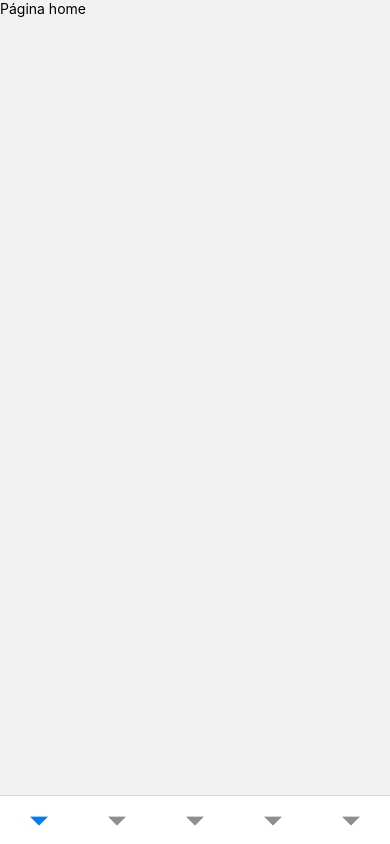
Repository: Deyvid-Kasteh/Tiktok-clone-v1
Screen: /
The author's editor kept a copy of each file at every save. The screen is drawn from the files as they stood at one save, then again after a run of saves.
The app was drawn by React Native's web renderer in a window 390 px wide. The project was rebuilt for these pictures with package versions that can differ from the ones it lists, and the page was loaded fresh each time. Also part of the build but not shown: src/pages/search/index.js, src/pages/inbox/index.js, src/pages/profile/index.js, src/pages/new/index.js.

Above is the screen before, as saved 2023-07-12 01:40:57.

After the next 2 saves:
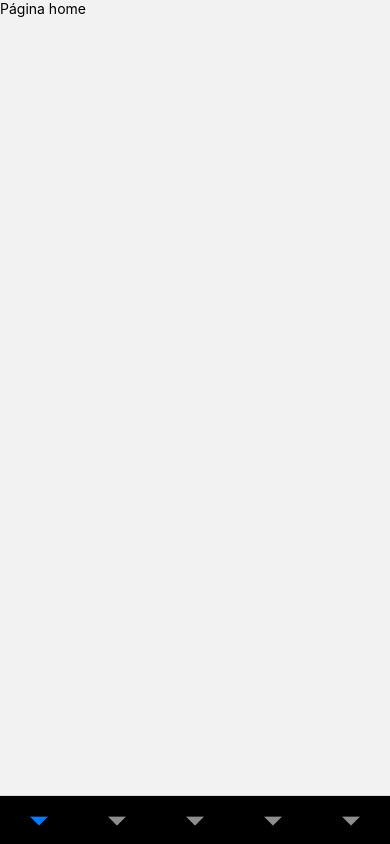
The 2 saves are shown as one change because they came seconds apart.
The last was saved 7 s later.
--- a/src/routes/index.js
+++ b/src/routes/index.js
@@ -15,7 +15,7 @@
             headerShown: false,
             tabBarShowLabel: false,
             tabBarStyle: {
-                backgroundColor: ''
+                backgroundColor: '#000'
             }
       }}>
         <Tab.Screen name="Home" component={Home} />

After the 4 saves that followed:
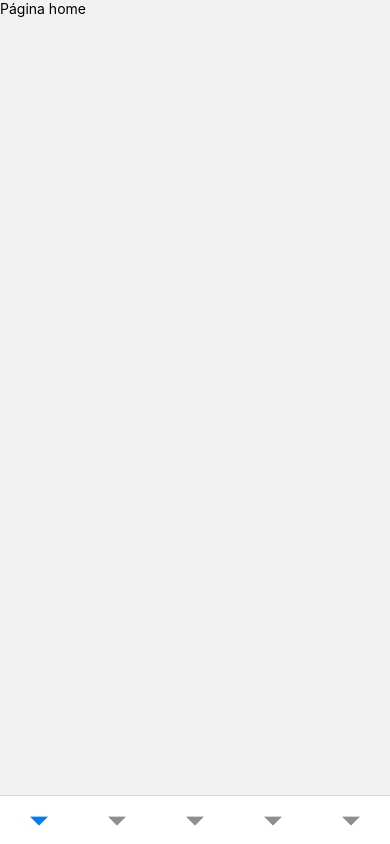
The 4 saves are shown as one change because they came seconds apart.
The last was saved 17 s later.
--- a/src/routes/index.js
+++ b/src/routes/index.js
@@ -15,7 +15,8 @@
             headerShown: false,
             tabBarShowLabel: false,
             tabBarStyle: {
-                backgroundColor: '#000'
+                backgroundColor: 'rgba(255, 255, 255,'
+
             }
       }}>
         <Tab.Screen name="Home" component={Home} />
